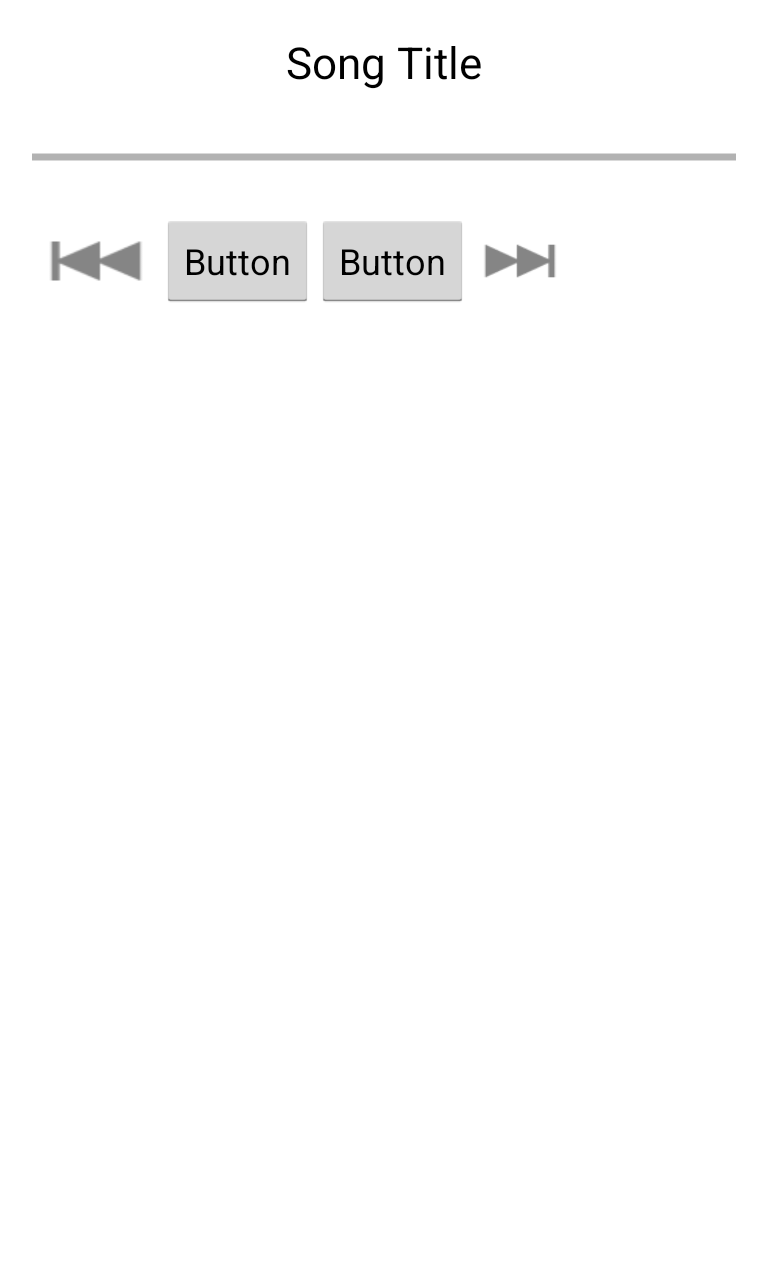
Repository: laurenelder/MDF3
Layout: MiniMediaPlayer/res/layout/activity_main.xml
An editor plug-in stored every save of this project. The layout is shown before and after the next save, followed by the edit.
It is drawn on a 768 x 1280 px phone screen (xhdpi) without system bars, with theme AppTheme; the app's code is not run.

Above is the layout before, as saved 2014-09-05 17:02:58.

After the next save:
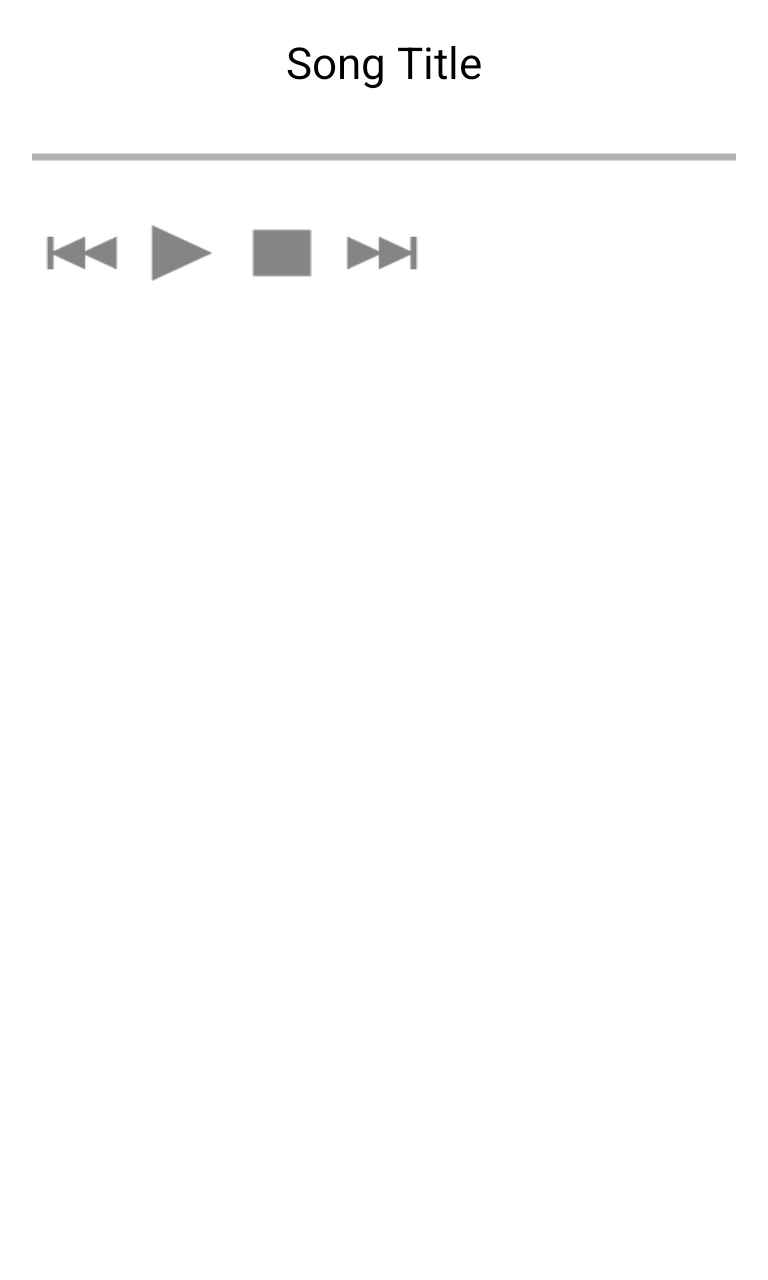
Saved 4 min 17 s later.
--- a/MiniMediaPlayer/res/layout/activity_main.xml
+++ b/MiniMediaPlayer/res/layout/activity_main.xml
@@ -33,21 +33,21 @@
 
         <Button
             android:id="@+id/previousBtn"
-            android:layout_width="wrap_content"
-            android:layout_height="wrap_content"
+            android:layout_width="50dp"
+            android:layout_height="40dp"
             android:background="@drawable/ic_action_previous" />
 
         <Button
-            android:id="@+id/stopBtn"
-            android:layout_width="wrap_content"
-            android:layout_height="wrap_content"
-            android:text="Button" />
+            android:id="@+id/playBtn"
+            android:layout_width="50dp"
+            android:layout_height="40dp"
+            android:background="@drawable/ic_action_play" />
 
         <Button
-            android:id="@+id/playBtn"
-            android:layout_width="wrap_content"
-            android:layout_height="wrap_content"
-            android:text="Button" />
+            android:id="@+id/stopBtn"
+            android:layout_width="50dp"
+            android:layout_height="40dp"
+            android:background="@drawable/ic_action_stop" />
 
         <Button
             android:id="@+id/nextBtn"
